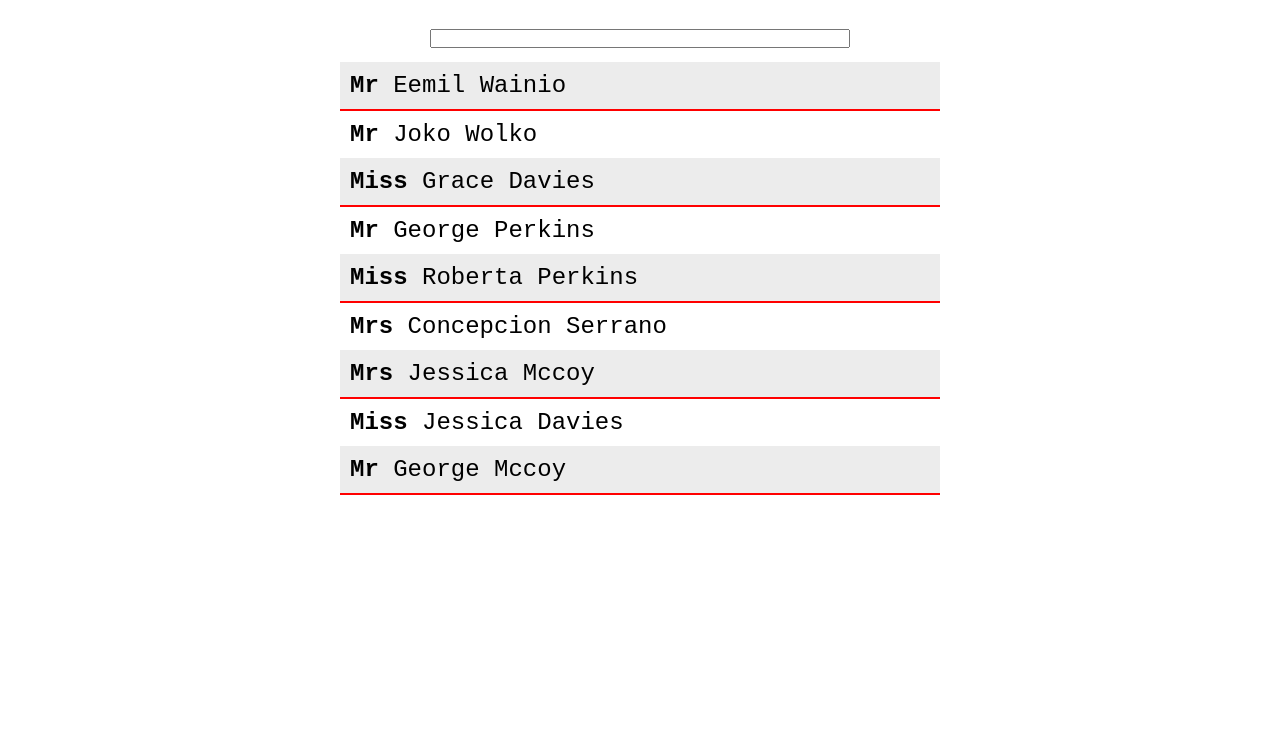
Repository: KrzysKolo/sr_tydzien5_zad4
Page: /
An editor plug-in stored every save of this project. The page is shown before and after the next save, followed by the edit.
The browser window is 1280 px wide. The pictures show the whole page.
The project was rebuilt for these pictures with package versions that can differ from the ones it lists, and the page was loaded fresh each time.

Above is the page before, as saved 2021-01-03 05:12:07.

### public/index.html
<!DOCTYPE html>
<html lang="en">
  <head>
    <meta charset="utf-8" />
    <link rel="icon" href="%PUBLIC_URL%/favicon.ico" />
    <meta name="viewport" content="width=device-width, initial-scale=1" />
    <meta name="theme-color" content="#000000" />
    <meta
      name="description"
      content="Web site created using create-react-app"
    />
    <link rel="apple-touch-icon" href="%PUBLIC_URL%/logo192.png" />
    <!--
      manifest.json provides metadata used when your web app is installed on a
      user's mobile device or desktop. See https://developers.google.com/web/fundamentals/web-app-manifest/
    -->
    <link rel="manifest" href="%PUBLIC_URL%/manifest.json" />
    <!--
      Notice the use of %PUBLIC_URL% in the tags above.
      It will be replaced with the URL of the `public` folder during the build.
      Only files inside the `public` folder can be referenced from the HTML.

      Unlike "/favicon.ico" or "favicon.ico", "%PUBLIC_URL%/favicon.ico" will
      work correctly both with client-side routing and a non-root public URL.
      Learn how to configure a non-root public URL by running `npm run build`.
    -->
    <title>User search</title>
  </head>
  <body>
    <noscript>You need to enable JavaScript to run this app.</noscript>
    <div id="root"></div>
    <!--
      This HTML file is a template.
      If you open it directly in the browser, you will see an empty page.

      You can add webfonts, meta tags, or analytics to this file.
      The build step will place the bundled scripts into the <body> tag.

      To begin the development, run `npm start` or `yarn start`.
      To create a production bundle, use `npm run build` or `yarn build`.
    -->
  </body>
</html>

### src/App.js
import React from 'react';
import UsersContainer from './components/UsersContainer';
import Header from './components/Header';
import './App.css';


const App = () => {

  return (
    <section>
      <Header />
      <UsersContainer/>
    </section>
  )
}

export default App;

### src/components/UsersContainer.js
import React, { useState, useEffect } from 'react';


const UsersContainer = () => {

  const UsersAPI = '/users.json';

  const [ users, setUsers ] = useState([]);

  useEffect(() => {

    fetch(UsersAPI)
      .then(res => res.json())
      .then(data => {
        console.log(data.users);
        setUsers(data.users);
      })
    }, []);

    const user = users.map(user => (
      <li className="user" key={user.id}><b>{user.title}</b> {user.first} {user.last}</li>
    ))
    return (
        <ul>
					{user}
        </ul>
    )
}

export default UsersContainer;

### src/components/Header.js
import React from 'react';

const Header = () => {
    return (
        <section>
            <input type="text" />
        </section>
    )
}

export default Header;

### src/App.css
* {
  box-sizing: border-box;
  padding: 0;
  margin: 0;
}
body {
  height: 100vh;
  width: 100vw;
}
section {
  margin: 2vh auto;
  width: 70%;
  max-width: 600px;
  display: flex;
  flex-direction: column;
}
.user {
  font-size: 1.5rem;
  font-family: "Courier New", Courier, monospace;
  padding: 10px;
  list-style: none;
}
.user:nth-child(odd) {
  background: #ececec;
  border-bottom: 2px solid red;
}

### public/users.json
{
    "users": [
      {
        "id": 1,
        "title": "Mr",
        "first": "Eemil",
        "last": "Wainio"
       },
      {
        "id": 2,
        "title": "Mr",
        "first": "Joko",
        "last": "Wolko"
      },
      {
        "id": 3,
        "title": "Miss",
        "first": "Grace",
        "last": "Davies"
      },
      {
        "id": 4,
        "title": "Mr ",
        "first": "George ",
        "last": "Perkins"
      },
      {
        "id": 5,
        "title": "Miss",
        "first": "Roberta ",
        "last": "Perkins"
      },
      {
        "id": 6,
        "title": "Mrs ",
        "first": "Concepcion ",
        "last": "Serrano"
      },
      {
        "id": 7,
        "title": "Mrs ",
        "first": "Jessica ",
        "last": "Mccoy"
      },
      {
        "id": 8,
        "title": "Miss",
        "first": "Jessica",
        "last": "Davies"
      },
      {
        "id": 9,
        "title": "Mr",
        "first": "George",
        "last": "Mccoy"
      }
    ]
  }

Loaded but not shown: src/index.js (common file)

After the next save:
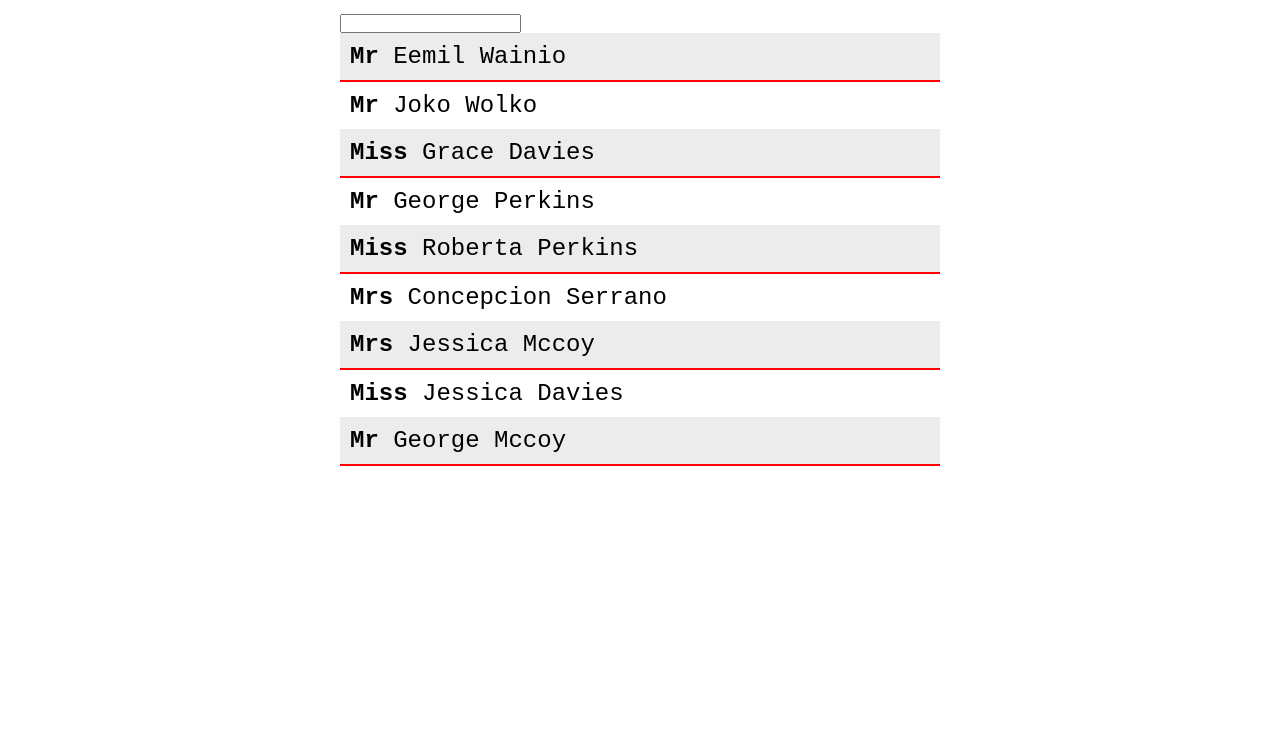
Saved 47 s later.
--- a/src/components/Header.js
+++ b/src/components/Header.js
@@ -2,9 +2,9 @@ import React from 'react';
 
 const Header = () => {
     return (
-        <section>
+        <div className="header__section">
             <input type="text" />
-        </section>
+        </div>
     )
 }
 
